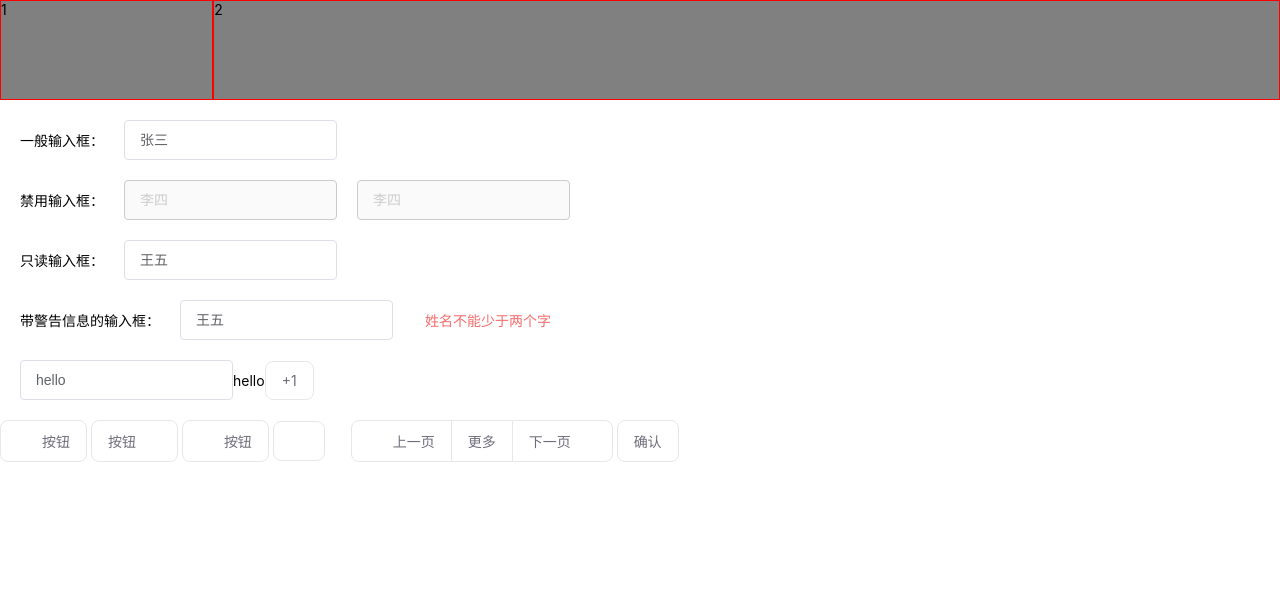
Repository: NansenHo/yellow-ui
Page: /
These files come from the project's save history. The page is drawn as it stood at one moment and after the next save; the edit follows.
The browser window is 1280 px wide. The pictures show the whole page.
The project was rebuilt for these pictures with package versions that can differ from the ones it lists, and the page was loaded fresh each time. Also part of the build but not shown: src/svg.js.

Above is the page before, as saved 2022-01-02 11:15:20.

### index.html
<!DOCTYPE html>
<html lang="zh-Hans">
  <head>
    <meta charset="UTF-8" />
    <meta
      name="viewport"
      content="width=device-width, user-scalable=no, initial-scale=1.0, maximum-scale=1.0, minimum-scale=1.0"
    />
    <meta http-equiv="X-UA-Compatible" content="ie=edge" />
    <title>Yellow</title>
    <style>
      * {
        margin: 0;
        padding: 0;
        box-sizing: border-box;
      }

      :root {
        --button-color: #6e6d7a;
        --button-height: 32px;
        --font-size: 14px;
        --button-bg: white;
        --button-active-bg: #eee;
        --border-radius: 8px;
        --border-color: #e7e7e9;
        --border-color-hover: #666;
      }

      body {
        font-size: var(--font-size);
        font-family: SF Pro SC, SF Pro Text, SF Pro Icons, PingFang SC,
          Helvetica Neue, Helvetica, Arial, sans-serif;
      }
    </style>
    <style>
      .box {
        margin: 20px;
        display: flex;
        align-items: center;
      }
      .title {
        margin-right: 20px;
      }
    </style>
    <style>
      .demoBox {
        min-height: 50px;
        border: 1px solid red;
        background: gray;
      }
    </style>
  </head>
  <body>
    <div id="app">
      <y-row>
        <y-col
          class="demoBox"
          span="24"
          :ipad="{span:'10'}"
		  :narrow-pc="{span: '8'}"
          :pc="{span: '6'}"
		  :wide-pc="{span: '4'}"
          >1</y-col
        >
        <y-col
          class="demoBox"
          span="24"
          :ipad="{span:'14'}"
		  :narrow-pc="{span: '16'}"
          :pc="{span: '18'}"
		  :wide-pc="{span: '20'}"
          >2</y-col
        >
      </y-row>
      <!--	<y-row class="topBar">-->
      <!--		<y-col class="demoBox"-->
      <!--			   :span="5">-->
      <!--			<y-row align="middle">-->
      <!--				<y-col>1</y-col>-->
      <!--				<y-col>2</y-col>-->
      <!--				<y-col>3</y-col>-->
      <!--				<y-col>4</y-col>-->
      <!--			</y-row>-->
      <!--		</y-col>-->
      <!--		<y-col class="demoBox"-->
      <!--			   :span="19">-->
      <!--			<y-row align="left">-->
      <!--				<y-col>1</y-col>-->
      <!--				<y-col>2</y-col>-->
      <!--				<y-col>3</y-col>-->
      <!--				<y-col>4</y-col>-->
      <!--				<y-col>5</y-col>-->
      <!--				<y-col>6</y-col>-->
      <!--				<y-col>7</y-col>-->
      <!--			</y-row>-->
      <!--		</y-col>-->
      <!--	</y-row>-->
      <!--	<y-row class="logo-search-qrcode">-->
      <!--		<y-col class="demoBox"-->
      <!--			   span="6"-->
      <!--			   align="middle">-->
      <!--&lt;!&ndash;			<img src="https://xiedaimala.com/packs/_/assets/images/logos/red-logo-3f8db9041e6c15d4ae7ed7e4087c4b98.png"&ndash;&gt;-->
      <!--&lt;!&ndash;				 style="height:24px ;max-width: 100%;"&ndash;&gt;-->
      <!--&lt;!&ndash;				 alt="">&ndash;&gt;-->
      <!--		</y-col>-->
      <!--		<y-col class="demoBox"-->
      <!--			   span="12"></y-col>-->
      <!--		<y-col class="demoBox"-->
      <!--			   span="6"></y-col>-->
      <!--	</y-row>-->
      <!--	<y-row gutter="10">-->
      <!--		<y-col>1</y-col>-->
      <!--		<y-col>2</y-col>-->
      <!--	</y-row>-->
      <!--	<y-row gutter="18">-->
      <!--		<y-col>1</y-col>-->
      <!--		<y-col>2</y-col>-->
      <!--		<y-col>2</y-col>-->
      <!--	</y-row>-->
      <!--	<y-row gutter="20">-->
      <!--		<y-col span="2">1</y-col>-->
      <!--		<y-col span="20" offset="2">2</y-col>-->
      <!--	</y-row>-->
      <!--	<y-row gutter="20">-->
      <!--		<y-col span="4">1</y-col>-->
      <!--		<y-col span="20">2</y-col>-->
      <!--	</y-row>-->
      <!--    <y-row gutter="20">-->
      <!--        <y-col :span="3/22">1</y-col>-->
      <!--        <y-col :span="3/22" offset="1">2</y-col>-->
      <!--        <y-col :span="3/22" offset="1">2</y-col>-->
      <!--    </y-row>-->
      <div class="box">
        <p class="title">一般输入框：</p>
        <y-input value="张三"></y-input>
      </div>
      <div class="box">
        <p class="title">禁用输入框：</p>
        <y-input
          value="李四"
          style="margin-right: 20px"
          :disabled="true"
        ></y-input>
        <y-input value="李四" disabled></y-input>
      </div>
      <div class="box">
        <p class="title">只读输入框：</p>
        <y-input value="王五" readonly></y-input>
      </div>
      <div class="box">
        <p class="title">带警告信息的输入框：</p>
        <y-input value="王五" warn="姓名不能少于两个字"></y-input>
      </div>
      <div class="box">
        <y-input v-model="message"></y-input>
        <p>{{ message }}</p>
        <y-button @click="message += 1">+1</y-button>
      </div>
      <y-button icon="settings" @click="test" icon-position="left">
        按钮
      </y-button>
      <y-button icon="loading" icon-position="right"> 按钮 </y-button>
      <y-button icon="settings" icon-position="left"> 按钮 </y-button>
      <y-button icon="settings"></y-button>
      <!--    <y-button icon="settings" icon-position="up">-->
      <!--        按钮-->
      <!--    </y-button>-->
      <y-icon name="download"></y-icon>
      <y-button-group>
        <y-button icon="left">上一页</y-button>
        <y-button>更多</y-button>
        <y-button icon="right" icon-position="right">下一页 </y-button>
      </y-button-group>
      <y-button>确认</y-button>
    </div>
    <script src="./src/app.js"></script>
  </body>
</html>

### src/app.js
import Vue from 'vue';
import Button from './y-button.vue';
import Icon from './y-icon.vue';
import ButtonGroup from './y-button-group';
import Input from './y-input'
import Row from './y-row'
import Col from './y-col'

Vue.component('y-button', Button);
Vue.component('y-icon', Icon);
Vue.component('y-button-group', ButtonGroup);
Vue.component('y-input', Input)
Vue.component('y-row', Row)
Vue.component('y-col', Col)

new Vue({
	el: '#app',
	data: {
		message: 'hello'
	},
	methods: {
		test() {
			console.log('1');
		}
	},
});

// // 单元测试
// import chai from 'chai';
// import spies from 'chai-spies';
//
// chai.use(spies);
//
// const expect = chai.expect;
// // 单元测试 - 测试 icon 属性
// {
// 	const Constructor = Vue.extend(Button);
// 	let vm = new Constructor({
// 			propsData: {
// 				icon: 'settings',
// 			}
// 		}
// 	);
// 	vm.$mount();
// 	let useElement = vm.$el.querySelector('use');
// 	let href = useElement.getAttribute('xlink:href');
// 	expect(href).to.eq('#icon-settings');
// }
//
// // 单元测试 - 测试 icon-position 属性
// {
// 	const div = document.createElement('div');
// 	document.body.appendChild(div);
// 	const Constructor = Vue.extend(Button);
// 	let vm = new Constructor({
// 			propsData: {
// 				icon: 'settings',
// 				iconPosition: 'right'
// 			}
// 		}
// 	);
// 	vm.$mount(div);
// 	let svgElement = vm.$el.querySelector('svg');
// 	let classList = Array.from(svgElement.classList);
// 	let iconRight = classList.find((item) => {
// 		return item === 'y-icon-right';
// 	});
// 	expect(iconRight).to.eq('y-icon-right');
// 	// 清理掉 div 避免画面上杂乱
// 	vm.$el.remove();
// 	vm.$destroy();
// }
//
// // 单元测试 - 测试点击事件
// {
// 	// mock 模拟
// 	const Constructor = Vue.extend(Button);
// 	let vm = new Constructor({
// 			propsData: {
// 				icon: 'settings',
// 			}
// 		}
// 	);
// 	vm.$mount();
// 	// mock 了一个函数，之后用的是这个模拟函数来做的测试
// 	let spy = chai.spy(function () {
// 		console.log(1);
// 		expect(1).to.eq(1);
// 	});
// 	// 为 vm 的点击事件添加监听函数 spy
// 	vm.$on('click', spy);
// 	let button = vm.$el;
// 	// 调用 spy 函数
// 	button.click();
// 	// 期待我们的间谍函数被调用
// 	expect(spy).to.have.been.called();
// }

### src/y-button.vue
<template>
  <button class="y-button"
          @click="$emit('click')"
          v-if="iconPosition === 'right' && $slots.default">
    <slot></slot>
    <y-icon v-if="icon"
            class="y-icon-right"
            :name="icon"></y-icon>
  </button>
  <button class="y-button"
          @click="$emit('click')"
          v-else-if="iconPosition === 'left' && $slots.default">
    <y-icon v-if="icon"
            class="y-icon-left"
            :name="icon"></y-icon>
    <slot></slot>
  </button>
  <button class="y-button"
          @click="$emit('click')"
          v-else-if="!$slots.default">
    <y-icon v-if="icon"
            :name="icon"></y-icon>
  </button>
</template>

<script>
import Icon from './y-icon';

export default {
  name: 'y-button',
  components: {
    'y-icon': Icon,
  },
  // props: ['icon', 'iconPosition']
  // 用对象的写法可以写更多的功能
  props: {
    icon: {},
    iconPosition: {
      type: String,
      // icon-position 的默认值
      default: 'left',
      // 属性校验器的写法
      validator(value) {
        // return true 不能省略
        return value === 'left' || value === 'right';
        // return value !== 'left' && value !== 'right' ? false : true; // 用三元运算符来做
      }
    }
  },
};
</script>

<style scoped
       lang="scss">
.y-button {
  font-size: 14px;
  padding: 10px 16px;
  color: #6e6d7a;
  text-align: left;
  border-radius: 8px;
  border: 1px solid #e7e7e9;
  background: white;
  font-family: SF Pro SC, SF Pro Text, SF Pro Icons, PingFang SC, Helvetica Neue, Helvetica, Arial, sans-serif;
  display: inline-flex;
  justify-content: center;
  align-items: center;
  vertical-align: middle;
}

.y-button:hover {
  background-color: #eee;
  border-color: #666;
}

.y-button:active {
  background-color: #eee;
}

.y-button:focus {
  outline: none;
}


.icon {
  width: 1em;
  height: 1em;
  vertical-align: -0.15em;
  fill: currentColor;
  overflow: hidden;
}

.icon-left {
  margin-right: 0.5em;
  margin-left: 0;
}

.icon-right {
  margin-right: 0;
  margin-left: 0.5em;
}

.y-icon-right {
  margin-right: 0;
  margin-left: 0.5em;
}

.y-icon-left {
  margin-right: 0.5em;
  margin-left: 0;
}
</style>

### src/y-icon.vue
<template>
  <svg
    v-if="name === 'loading'"
    @click="$emit('click')"
    class="y-icon y-icon-loading"
    aria-hidden="true"
  >
    <use :xlink:href="`#icon-${name}`"></use>
  </svg>
  <svg v-else class="y-icon" aria-hidden="true" @click="$emit('click')">
    <use :xlink:href="`#icon-${name}`"></use>
  </svg>
</template>

<script>
import "./svg";
export default {
  name: "y-icon",
  props: ["name"],
};
</script>

<style lang="scss" scoped>
.y-icon {
  width: 18px;
  height: 18px;
  color: var(--button-color);
  vertical-align: middle;
  fill: currentColor;
  overflow: hidden;
}

@keyframes spin {
  0% {
    transform: rotate(0deg);
  }
  100% {
    transform: rotate(360deg);
  }
}

.y-icon-loading {
  animation: spin 1s infinite linear;
}
</style>

### src/y-button-group.vue
<template>
  <div class="y-button-group">
    <slot></slot>
  </div>
</template>

<script>
export default {
  name: 'y-button-group',
  mounted() {
    for (let node of this.$el.children) {
      let name = node.nodeName.toLowerCase();
      if (name !== 'button') {
        console.warn(`y-button-group 的子元素只能是 y-button，但你写的是 ${name}`);
      }
    }
  },
};
</script>

<style lang="scss"
       scoped>
.y-button-group {
  display: inline-flex;
  vertical-align: middle;

  > .y-button {
    border-radius: 0;

    &:not(:first-child) {
      margin-left: -1px;
    }

    &:hover {
      position: relative;
      z-index: 1;
    }

    // margin-left: -1px; 和 z-index: 1; 配合解决了三个按钮合一起的时候的边框问题

    &:first-child {
      border-top-left-radius: var(--border-radius);
      border-bottom-left-radius: var(--border-radius);
    }

    &:last-child {
      border-top-right-radius: var(--border-radius);
      border-bottom-right-radius: var(--border-radius);
    }
  }
}
</style>

### src/y-input.vue
<template>
  <div class="y-wrapper"
       :class="{warn}">
    <input :value="value"
           class="y-input"
           :disabled="disabled"
           :readonly="readonly"
           @change="$emit('change', $event.target.value)"
           @input="$emit('input', $event.target.value)"
           @blur="$emit('blur', $event.target.value)"
           @focus="$emit('focus', $event.target.value)"
           type="text">
    <template v-if="warn">
      <y-icon name="error" class="warn-icon"></y-icon>
      <span class="warn-message">{{ warn }}</span>
    </template>
  </div>
</template>

<script>
import Icon from './y-icon';

export default {
  name: 'y-input',
  components: {
    'y-icon': Icon
  },
  props: {
    value: {
      type: String,
    },
    disabled: {
      type: Boolean,
      default: false,
    },
    readonly: {
      type: Boolean,
      default: false,
    },
    warn: {
      type: String,
    }
  }
};
</script>

<style lang="scss"
       scoped>
$box-shadow-color: rgba(0, 0, 0, 0.5);
$border-color: #dcdfe6;
$color: #606266;
.y-wrapper {
  display: inline-flex;
  align-items: center;

  > :not(:last-child) {
    margin-right: 0.5em;
  }

  > .y-input {
    border: 1px solid $border-color;
    color: $color;
    line-height: 40px;
    height: 40px;
    outline: none;
    border-radius: 4px;
    font-size: 14px;
    padding: 0 15px;
    cursor: pointer;
    display: inline-block;

    &:hover {
      border: 1px solid #666;
      //box-shadow: inset 0 1px 3px $box-shadow-color;
    }

    &:focus {
      //box-shadow: inset 0 1px 3px $box-shadow-color;
    }

    &[disabled] {
      border-color: #ccc;
      color: #ccc;
      cursor: not-allowed;
    }
  }

  &.warn {
    > .input {
      border: 1px solid red;
    }
  }

  > .warn-icon {
    fill: #f56c6c;
  }

  > .warn-message {
    color: #f56c6c;
  }
}
</style>

### src/y-row.vue
<template>
  <div class="row"
       :class="rowClass"
       :style="rowStyle">
    <slot></slot>
  </div>
</template>

<script>
export default {
  name: 'y-row',
  props: {
    gutter: {
      type: [Number, String],
    },
    align: {
      type: String,
      validator(value) {
        return ['left', 'middle', 'right'].includes(value);
      }
    }
  },
  computed: {
    rowStyle() {
      return {marginLeft: -this.gutter / 2 + 'px', marginRight: -this.gutter / 2 + 'px'};
    },
    rowClass() {
      let {align} = this;
      return [align && `align-${align}`];
    }
  },
  mounted() {
    this.$children.forEach((vm) => {
      vm.$data.gutter = this.gutter;
    });
  }
};
</script>

<style lang="scss"
       scoped>
.row {
  display: flex;
  flex-wrap: wrap;

  &.align-left {
    justify-content: flex-start;
  }

  &.align-middle {
    justify-content: center;
  }

  &.align-right {
    justify-content: flex-end;
  }
}
</style>

### src/y-col.vue
<template>
  <div class="col" :style="colStyle" :class="colClasses">
    <slot></slot>
  </div>
</template>

<script>
//TODO 这里的验证函数写法 - 笔记
let validator = (value) => {
  let keys = Object.keys(value);
  keys = Array.from(keys);
  let result = true;
  keys.forEach((key) => {
    result = ["span", "align", "offset"].includes(key);
    return result;
  });
  return result;
};
export default {
  name: "y-col",
  props: {
    span: {
      type: [Number, String],
    },
    offset: {
      type: [Number, String],
    },
    align: {
      type: String,
      validator(value) {
        return ["left", "middle", "right"].includes(value);
      },
    },
    ipad: {
      type: Object,
      // validator: validator, 的省略，js 语法支持这样做
      validator,
    },
    narrowPc: {
      type: Object,
      validator,
    },
    pc: {
      type: Object,
      validator,
    },
    widePc: {
      type: Object,
      validator,
    },
  },
  data() {
    return {
      gutter: 0,
    };
  },
  computed: {
    colClasses() {
      let { span, offset, align, phone, ipad, narrowPc, pc, widePc } = this;
      let createClassName = (obj, devices = "") => {
        // str 默认等于空字符串
        if (!obj) {
          return [];
        }
        let array = [];
        if (obj.span) {
          array.push(`col-${devices}-${obj.span}`);
        }
        if (obj.offset) {
          array.push(`offset-${devices}-${obj.offset}`);
        }
        if (obj.align) {
          array.push(`align-${devices}-${obj.align}`);
        }
        return array;
      };
      return [
        ...createClassName({ span, offset, align }),
        ...createClassName(ipad, "ipad"),
        ...createClassName(narrowPc, "narrowPc"),
        ...createClassName(pc, "pc"),
        ...createClassName(widePc, "widePc"),
      ];
    },
    colStyle: function () {
      return {
        paddingLeft: this.gutter / 2 + "px",
        paddingRight: this.gutter / 2 + "px",
      };
    },
  },
};
</script>

<style lang="scss" scoped>
.col {
  height: 100px;
  background: gray;
  display: flex;

  &.align-left {
    justify-content: flex-start;
  }

  &.align-middle {
    justify-content: center;
  }

  &.align-end {
    justify-content: flex-end;
  }

  //TODO SCSS 的 for 循环写法等
  $className: col-; // 声明了一个 className 变量，其值是 col-
  @for $n from 1 through 24 {
    // loops 循环 24 次
    &.#{$className}#{$n} {
      // #{} 是插值的意思
      // .col.class-prefix1
      // .col.class-prefixn
      // .col.class-prefix24
      width: ($n/24) * 100%;
    }
  }

  $className: offset-;
  @for $n from 1 through 24 {
    &.#{$className}#{$n} {
      margin-left: ($n/24) * 100%;
    }
  }

  //TODO: @media 的写法
  @media (min-width: 577px) and (max-width: 768px) {
    $className: col-ipad-;
    @for $n from 1 through 24 {
      &.#{$className}#{$n} {
        width: ($n/24) * 100%;
      }
    }

    $className: offset-ipad-;
    @for $n from 1 through 24 {
      &.#{$className}#{$n} {
        margin-left: ($n/24) * 100%;
      }
    }
  }

  @media (min-width: 769px) and (max-width: 992px) {
    $className: col-narrowPc-;
    @for $n from 1 through 24 {
      &.#{$className}#{$n} {
        width: ($n/24) * 100%;
      }
    }

    $className: offset-narrowPc-;
    @for $n from 1 through 24 {
      &.#{$className}#{$n} {
        margin-left: ($n/24) * 100%;
      }
    }
  }

  @media (min-width: 993px) and (max-width: 1200px) {
    $className: col-pc-;
    @for $n from 1 through 24 {
      &.#{$className}#{$n} {
        width: ($n/24) * 100%;
      }
    }

    $className: offset-pc-;
    @for $n from 1 through 24 {
      &.#{$className}#{$n} {
        margin-left: ($n/24) * 100%;
      }
    }
  }

  @media (min-width: 1200px) {
    $className: col-widePc-;
    @for $n from 1 through 24 {
      &.#{$className}#{$n} {
        width: ($n/24) * 100%;
      }
    }

    $className: offset-widePc-;
    @for $n from 1 through 24 {
      &.#{$className}#{$n} {
        margin-left: ($n/24) * 100%;
      }
    }
  }
}
</style>

After the next save:
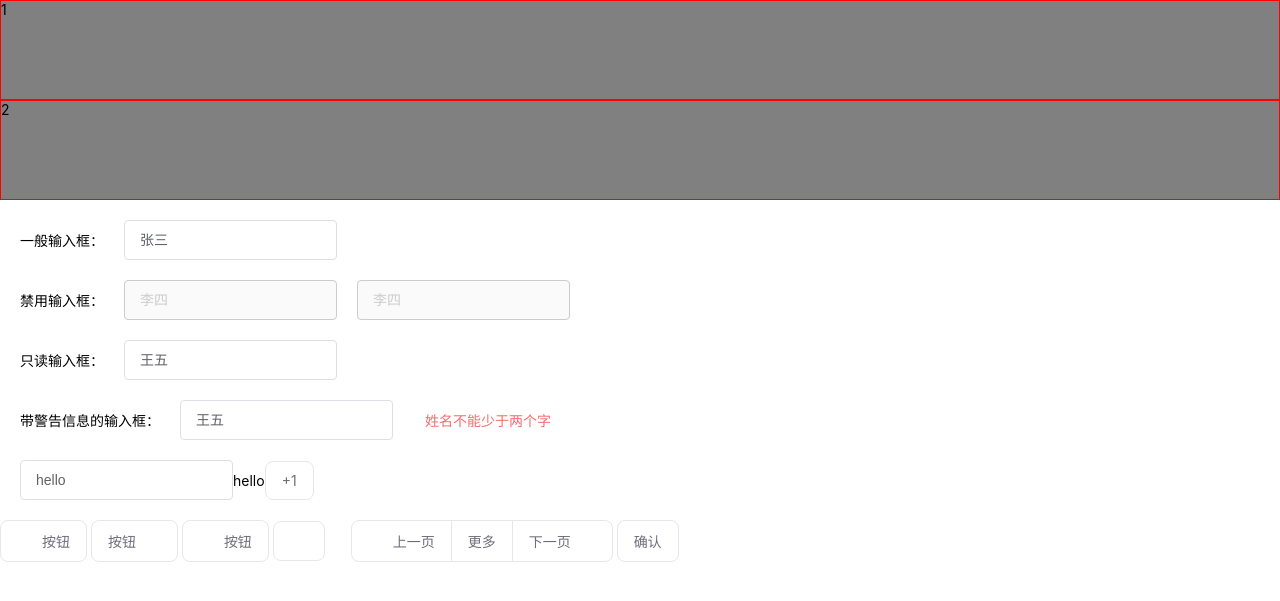
Saved 35 s later.
--- a/src/y-col.vue
+++ b/src/y-col.vue
@@ -64,7 +64,7 @@
         }
         let array = [];
         if (obj.span) {
-          array.push(`col-${devices}-${obj.span}`);
+          array.push(`col-${obj.span}`);
         }
         if (obj.offset) {
           array.push(`offset-${devices}-${obj.offset}`);

After the save that followed:
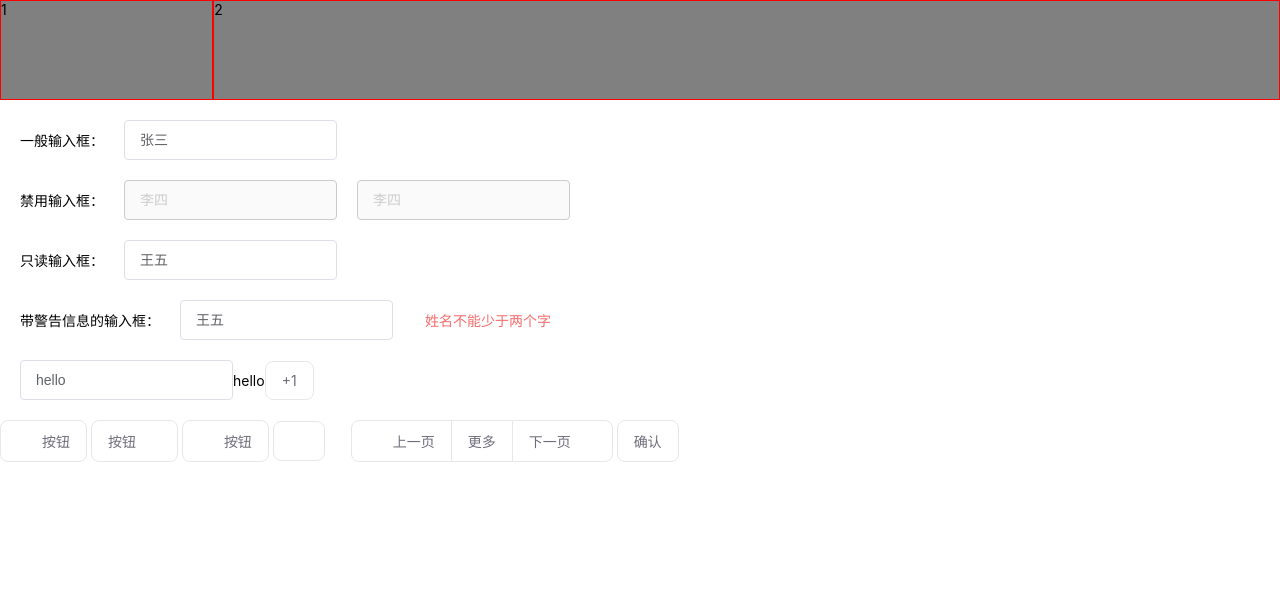
Saved 41 s later.
--- a/src/y-col.vue
+++ b/src/y-col.vue
@@ -64,7 +64,11 @@
         }
         let array = [];
         if (obj.span) {
-          array.push(`col-${obj.span}`);
+          if (!devices) {
+            array.push(`col-${obj.span}`);
+          } else {
+            array.push(`col-${devices}-${obj.span}`);
+          }
         }
         if (obj.offset) {
           array.push(`offset-${devices}-${obj.offset}`);
